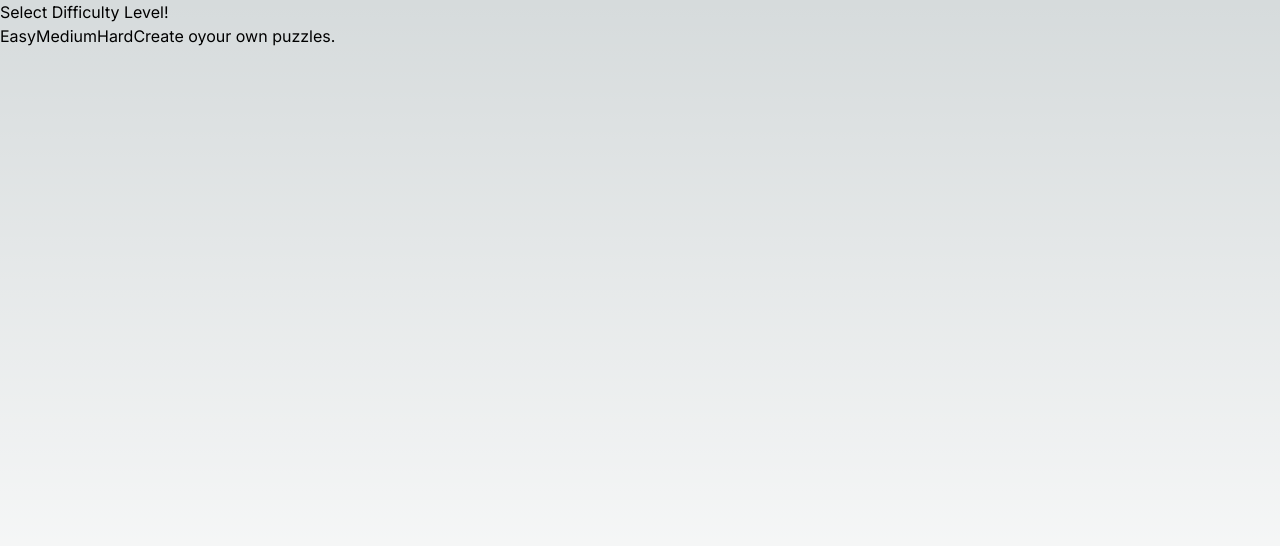
Repository: badhon252/sudoku
Page: /level
An editor plug-in stored every save of this project. The page is shown before and after the next save, followed by the edit.
The browser window is 1280 px wide. The pictures show the whole page.
The project was rebuilt for these pictures with package versions that can differ from the ones it lists, and the page was loaded fresh each time. The framework's server and built-in components were replaced by stand-ins that run in the browser. Also part of the build but not shown: next.config.js.

Above is the page before, as saved 2023-06-04 21:47:05.

### app/level/page.tsx
import React from 'react'

export default function Level() {
  return (
    <div className='min-h-screen'>
        <h1>Select Difficulty Level! </h1>
        <button>Easy</button>
        <button>Medium</button>
        <button>Hard</button>

        <button>Create oyour own puzzles.</button>
    </div>
  )
}

Loaded but not shown: app/layout.tsx (common file); app/globals.css (common file); tailwind.config.js (common file)

After the next save:
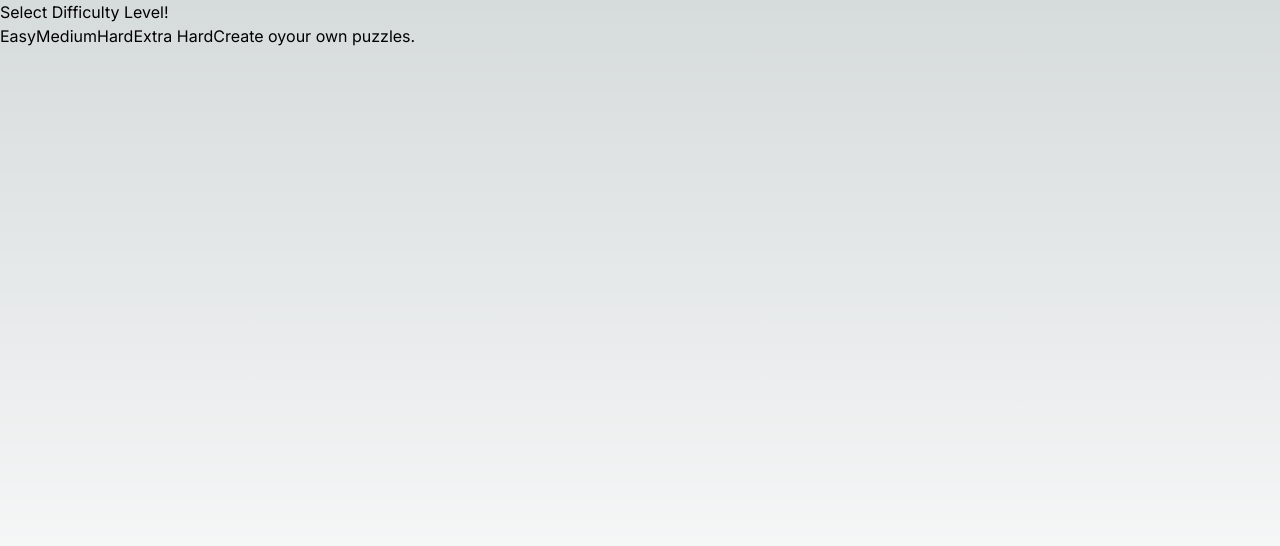
Saved 16 s later.
--- a/app/level/page.tsx
+++ b/app/level/page.tsx
@@ -7,6 +7,7 @@ export default function Level() {
         <button>Easy</button>
         <button>Medium</button>
         <button>Hard</button>
+        <button>Extra Hard</button>
 
         <button>Create oyour own puzzles.</button>
     </div>
